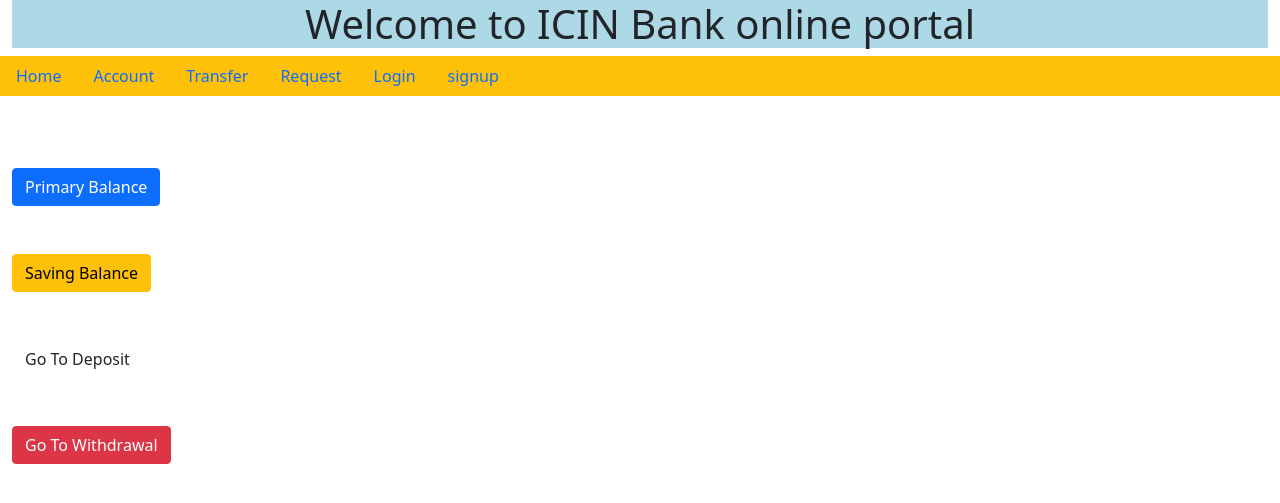
Repository: jha6435/phase3Revision
Page: http://localhost/IcinHome
These files come from the project's save history. The page is drawn as it stood at one moment and after the next save; the edit follows.
The browser window is 1280 px wide. The pictures show the whole page.
The page is this project's Thymeleaf template; nobody is signed in. The template is opened directly, without the code that normally fills it, so the values that code supplies are empty.

Above is the page before, as saved 2023-07-06 10:06:31.

### ICIN_Banking_Project/src/main/resources/templates/IcinHome.html
<html lang="en">
<head>
    <meta charset="UTF-8">
    <meta name="viewport" content="width=device-width, initial-scale=1.0">
    <title>Document</title>

    <link href="https://cdn.jsdelivr.net/npm/bootstrap@5.0.2/dist/css/bootstrap.min.css" rel="stylesheet" integrity="sha384-EVSTQN3/azprG1Anm3QDgpJLIm9Nao0Yz1ztcQTwFspd3yD65VohhpuuCOmLASjC" crossorigin="anonymous">
<style>
    h1{text-align: center;background-color: lightblue;width: auto;}
</style>
</head>
<body>
   <div class="container-fluid">
    <h1>Welcome to ICIN Bank online portal</h1>
    <div class="row">
       <ul class="nav navbar-light bg-warning">
  <li class="nav-item">
    <a class="nav-link active" aria-current="page" href="home">Home</a>
  </li>
  <li class="nav-item">
    <a class="nav-link" href="account">Account</a>
  </li>
  <li class="nav-item">
    <a class="nav-link" href="#">Transfer</a>
  </li>
  <li class="nav-item">
    <a class="nav-link" href="request">Request</a>
  </li>
  <li class="nav-item">
    <a class="nav-link" href="login">Login</a>
  </li>
  <li class="nav-item">
    <a class="nav-link" href="register">signup</a>
  </li>
</ul>
    </div>
    <br>
    <br>
    <br>
    <button class="btn btn-primary"type="button">Primary Balance</button>
    <br>
    <br>
    <br>
    <button class="btn btn-warning"type="button">Saving Balance</button>
     <br>
    <br>
    <br>
    <button class="btn btn-sucess"type="button">Go To Deposit </button>
     <br>
    <br>
    <br>
    <button class="btn btn-danger"type="button">Go To Withdrawal </button>
   </div>

</body>
</html>

After the next save:
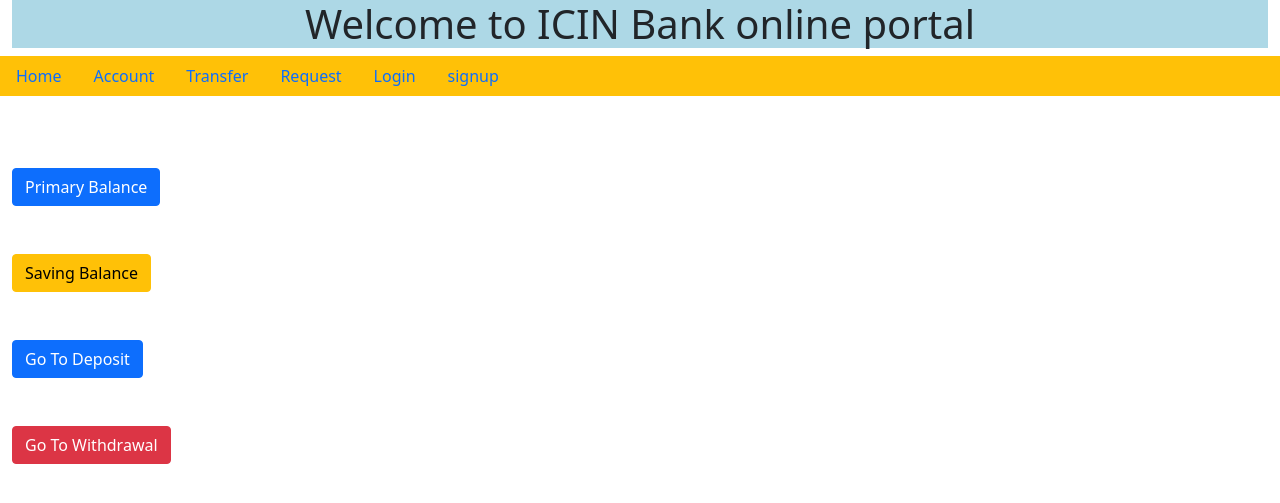
Saved 23 s later.
--- a/ICIN_Banking_Project/src/main/resources/templates/IcinHome.html
+++ b/ICIN_Banking_Project/src/main/resources/templates/IcinHome.html
@@ -45,7 +45,7 @@
      <br>
     <br>
     <br>
-    <button class="btn btn-sucess"type="button">Go To Deposit </button>
+    <button class="btn btn-primary"type="button">Go To Deposit </button>
      <br>
     <br>
     <br>
